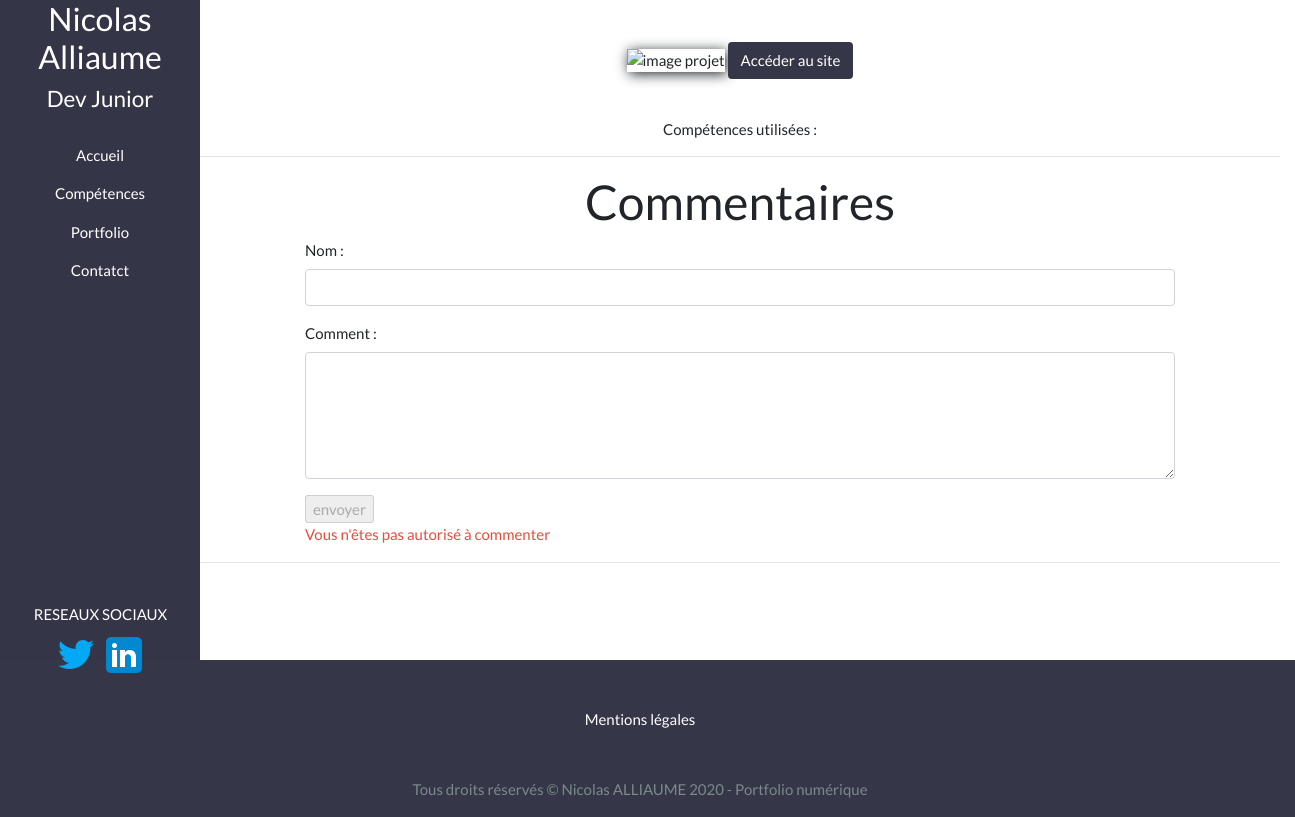
Repository: Nicolas-al/alliaumen
Page: templates/portfolio/index.html.twig
These files come from the project's save history. The page is drawn as it stood at one moment and after the next save; the edit follows.
The browser window is 1280 px wide. The page is 1295 px wide, so the pictures cover 1295 px, including what lies to the right of the window. The pictures show the whole page.
Some web fonts or font styles are not loaded; a fallback is used. Some web libraries are served in a nearby version. The page is a Twig template of a Symfony application; nobody is signed in and links lead nowhere. The template is opened directly, without the code that normally fills it, so the values that code supplies are empty.

Above is the page before, as saved 2020-09-14 16:18:44.

After the next save:
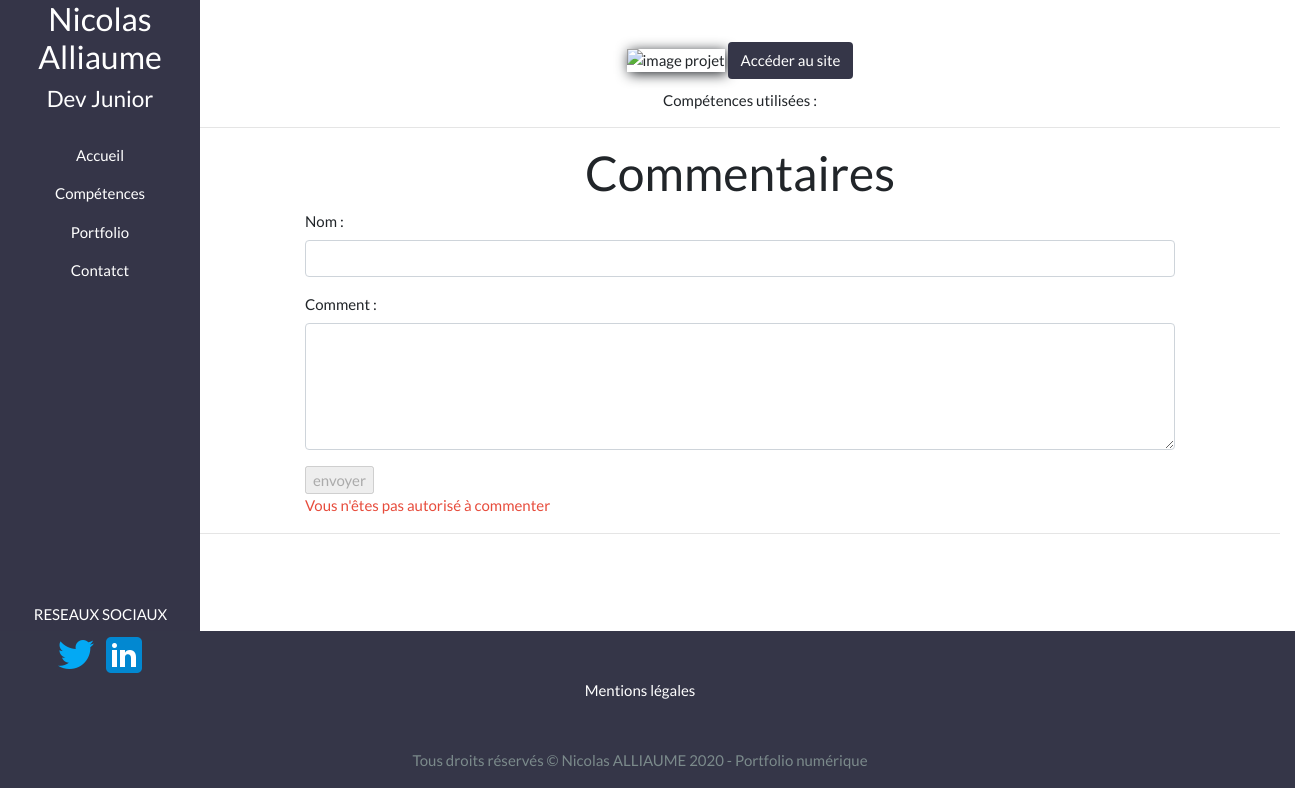
Saved 61 s later.
--- a/public/css/project.css
+++ b/public/css/project.css
@@ -25,7 +25,7 @@ figure a{
     color: white;
 }
 figcaption{
-    margin-top: 39px
+    margin-top: 10px;
 }
 #comment_block{
     margin-bottom: 30px;
